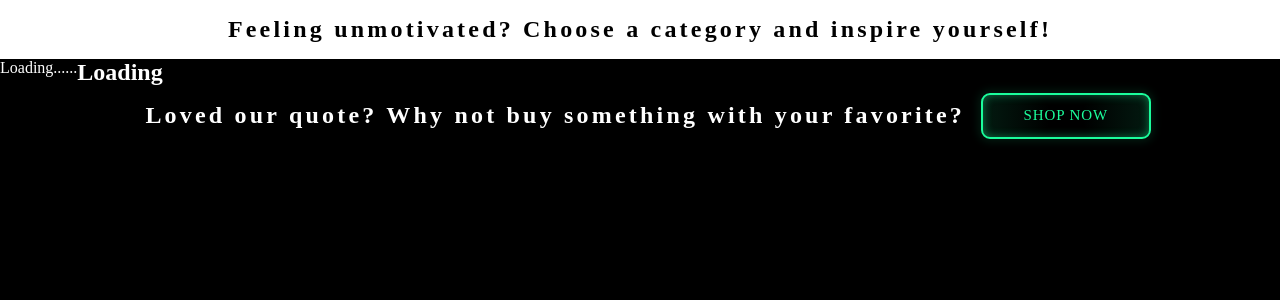
Repository: alanrceratti/motivational
Page: /
These files come from the project's save history. The page is drawn as it stood at one moment and after a run of saves; the edit follows.
The browser window is 1280 px wide. The pictures show the whole page.
The page's requests for data from a server got no answer. Some web fonts or font styles are not loaded; a fallback is used. The project was rebuilt for these pictures with package versions that can differ from the ones it lists, and the page was loaded fresh each time. No one was signed in, and anything a server would have sent is missing. Also part of the build but not shown: webpack.config.js, src/Options.module.scss, src/Options.js.

Above is the page before, as saved 2023-01-14 17:12:53.

### public/index.html

<!DOCTYPE html>
<html lang="en">
	<head>
		<meta charset="utf-8" />
		<link rel="icon" href="%PUBLIC_URL%/favicon.ico" />
		<link
			href="https://fonts.googleapis.com/css2?family=Patua+One&family=Unbounded:wght@400;700&display=swap"
			rel="stylesheet"
		/>

		<meta name="viewport" content="width=device-width, initial-scale=1" />
		<meta name="theme-color" content="#000000" />
		<meta
			name="description"
			content="Web site created using create-react-app"
		/>
		<link rel="apple-touch-icon" href="%PUBLIC_URL%/logo192.png" />
		<!--
      manifest.json provides metadata used when your web app is installed on a
      user's mobile device or desktop. See https://developers.google.com/web/fundamentals/web-app-manifest/
    -->
		<link rel="manifest" href="%PUBLIC_URL%/manifest.json" />
		<!--
      Notice the use of %PUBLIC_URL% in the tags above.
      It will be replaced with the URL of the `public` folder during the build.
      Only files inside the `public` folder can be referenced from the HTML.

      Unlike "/favicon.ico" or "favicon.ico", "%PUBLIC_URL%/favicon.ico" will
      work correctly both with client-side routing and a non-root public URL.
      Learn how to configure a non-root public URL by running `npm run build`.
    -->
		<title>React App</title>
	</head>
	<body>
		<noscript>You need to enable JavaScript to run this app.</noscript>
		<div id="root"></div>
		<!--
      This HTML file is a template.
      If you open it directly in the browser, you will see an empty page.

      You can add webfonts, meta tags, or analytics to this file.
      The build step will place the bundled scripts into the <body> tag.

      To begin the development, run `npm start` or `yarn start`.
      To create a production bundle, use `npm run build` or `yarn build`.
    --></body>
</html>

### src/index.js
import React from "react";
import ReactDOM from "react-dom/client";
import App from "./App";

const root = ReactDOM.createRoot(document.getElementById("root"));
root.render(
	<React.StrictMode>
		<App />
	</React.StrictMode>
);

// If you want to start measuring performance in your app, pass a function
// to log results (for example: reportWebVitals(console.log))
// or send to an analytics endpoint. Learn more: https://bit.ly/CRA-vitals

### src/App.js
import "./App.scss";
import { BrowserRouter, Routes, Route } from "react-router-dom";
import PhraseGet from "./Components/PhraseGet";
import Options from "./Options";
import Home from "./Components/Home";


function App() {
	return (
		<>
			<BrowserRouter>
				<Routes>
					<Route path="/" element={<Home />} />
					<Route path="/button" element={<Options />} />
				</Routes>
			</BrowserRouter>
		</>
	);
}

export default App;

### src/App.scss
html {
	--color1: #1bfd9c;
	--color2: #82ffc9;
	--color3: #ffffff;
	--green: #1bfd9c;
	height: 100vh;
	width: 100vw;
	margin: 0px;
	padding: 0px;
	background-repeat: no-repeat;
	overflow-x: hidden;
	background-image: linear-gradient(
		160deg,
		#000000 0%,
		#000000 50%,
		#000000 100%
	);
}
body {
	margin: 0px;
	padding: 0px;
}

h1,
h2,
h3,
h4,
p {
	margin: 0px;
	color: rgb(255, 255, 255);
}

ul,
li {
	list-style: none;
	padding: 0px;
	margin: 0px;
}

img {
	display: block;
	max-width: 100%;
}

button,
input {
	display: block;
	font-size: 1rem;
	color: #333;
}

a {
	text-decoration: none;
	color: #333;
}

### src/Components/PhraseGet.js
import React, { useEffect, useState } from "react";
import styles from "../Components/PhraseGet.module.scss";
import Options from "../Options";

function PhraseGet() {
	// state variable to store the selected category id
	const [categoryId, setCategoryId] = useState(1);
	// state variable to store the data retrieved from the API
	const [data, setData] = useState(null);
	// state variable to store the options for the select element
	const [options, setOptions] = useState([]);
	// state variable to indicate if the data is currently being loaded
	const [loading, setLoading] = useState(true);
	// state variable to indicate if the image is currently being loaded
	const [loadingImg, setLoadingImg] = useState(true);
	// state variable to store the current random number
	const [number, setNumber] = useState(7);
	// commented out state variable for future use, possibly for storing count of words
	// const [count, setCount] = useState(0);
	const [showSelect, setShowSelect] = useState(true);

	// Function to toggle visibility of select element
	const handleClick = () => {
		setShowSelect(!showSelect);
	};

	// Object containing arrays of numbers associated with each category
	const idLists = {
		1: [7, 8, 9, 21, 22],
		2: [10, 18, 19, 20],
		3: [11, 12],
		4: [15, 16, 17],
		5: [13, 14],
	};
	// async function fetchCount() {
	// 	const response = await fetch(
	// 		`http://127.0.0.1:200/api/categories/all/`
	// 	);
	// 	const json = await response.json();
	// 	console.log(idLists);

	// 	json.map((category) => {
	// 		const categoryId = category.id;
	// 		const phraseIds = category.phrases.map((phrase) => phrase.id);
	// 		idLists[categoryId] = phraseIds;
	// 	});
	// }
	// useEffect(() => {
	// 	fetchCount();
	// }, []);

	// function to handle changes in the category select element
	function handleChangeCategory(e) {
		// set the selected category id
		setCategoryId(e.target.value);
		const selectedCategoryId = e.target.value;
		// Retrieve previous selected numbers for current category from local storage
		const previousIdList =
			JSON.parse(
				localStorage.getItem(`previousid${selectedCategoryId}`)
			) || [];

		// filter out previously selected numbers from the array
		const filteredIdList = idLists[selectedCategoryId].filter(
			(number) => !previousIdList.includes(number)
		);

		// if there are still numbers available in filteredIdList array
		if (filteredIdList.length > 0) {
			const randomIndex = Math.floor(
				Math.random() * filteredIdList.length
			);
			// select random number from filteredIdList array
			const randomNumber = filteredIdList[randomIndex];
			// set the new random number
			setNumber(randomNumber);
			// add new randomNumber to the previousIdList array
			previousIdList.push(randomNumber);
			// store the updated previousIdList array in local storage
			localStorage.setItem(
				`previousid${selectedCategoryId}`,
				JSON.stringify(previousIdList)
			);
		} else {
			// if there are no more numbers available, remove the previousid1 array from local storage and log a message
			localStorage.removeItem(`previousid${selectedCategoryId}`);
			console.log("acabou o 1");
		}
	}

	async function fetchOptions() {
		// fetch data from api using fetch function
		const response = await fetch(
			`http://127.0.0.1:200/api/categories/all/`
		);
		// parse response to json
		const json = await response.json();
		// extract values of json object
		const arr = Object.values(json);
		// set options state
		setOptions(arr);
		// set loading state to false
		setLoading(false);
		// call fetchData function
		fetchData();
	}

	useEffect(() => {
		// call fetchOptions function when component mounts
		fetchOptions();
	}, [categoryId]);

	async function fetchData() {
		let retries = 0;
		// maximum number of retries if response status is 404
		const MAX_RETRIES = 3;
		let response;

		while (
			retries < MAX_RETRIES &&
			(response === undefined || response.status === 404)
		) {
			// try to fetch data from api
			try {
				response = await fetch(
					`http://127.0.0.1:200/api/categories/${categoryId}/phrases/?filter_by_id=${number}`
				);
				// if response status is 404, increment retries
				if (response.status === 404) {
					retries++;
				} else {
					// parse response to json
					const json = await response.json();
					// set data state
					setData(json);
					// set loadingImg state to false
					setLoadingImg(false);
				}
				// log response status and url
				console.log(
					`GET ${response.url} ${response.status} (${response.statusText})`
				);
			} catch (error) {
				// log error
				console.error("asdasdad");
			}
			// wait for 1 second before retrying
			await new Promise((resolve) => setTimeout(resolve, 1000));
		}
		// retrieve previous selected numbers for current category from local storage
		const previousIdList =
			JSON.parse(localStorage.getItem(`previousid${categoryId}`)) || [];
		// if all numbers have been selected, remove the previousid array from local storage
		if (previousIdList.length === idLists[categoryId].length) {
			localStorage.removeItem(`previousid${categoryId}`);
		}
	}

	return (
		<section className={styles.mainContainerr}>
			{loading ? (
				<p>Loading......</p>
			) : (
				<div className={styles.options}>
					<Options onClick={handleClick} />
					<select
						style={{ display: showSelect ? "block" : "none" }}
						onChange={handleChangeCategory}
					>
						{options.map((option) => (
							<option key={option.id} value={option.id}>
								{option.category_name}
							</option>
						))}
					</select>
				</div>
			)}
			{loadingImg ? (
				<h1>Loading</h1>
			) : (
				<div className={styles.um}>
					<div>
						{data && (
							<img src={data.image_url} alt="image_phrase" />
						)}
						{data ? <h1>{data.phrase}</h1> : "Loading..."}
					</div>
				</div>
			)}
		</section>
	);
}

export default PhraseGet;

### src/Components/Home.js
import React from "react";
import PhraseGet from "./PhraseGet";
import Title from "./Title";
import TitleDown from "./TitleDown";

const Home = () => {
	return (
		<div>
			<Title />
			<PhraseGet />
			<TitleDown />
		</div>
	);
};

export default Home;

### src/Components/PhraseGet.module.scss
.mainContainerr {
	display: grid;
	grid-template-columns: auto 2fr;
	height: 100%;

	.options {
		grid-column: 1/2;
		grid-row: 1/3;
		max-width: fit-content;
		option {
			font-size: 1.5rem;
			text-align: left;
			color: rgb(255, 255, 255);
		}

		select {
			margin: 0 auto;
			margin-top: 1.5rem;
			font-family: "Patua One";
			font-size: 1.5rem;
			position: relative;
			padding: 1em 1.8em;
			outline: none;
			text-align: center;
			border: 1px solid #303030;
			background: #040404;
			color: var(--color1);
			text-transform: uppercase;
			letter-spacing: 2px;

			overflow: hidden;
			-webkit-transition: 0.2s;
			transition: 0.2s;
			border-radius: 10px;
			cursor: pointer;
			font-weight: bold;
		}
	}

	.um {
		div {
			display: flex;
			height: 80vh;
			margin: 3rem;
			width: 80vw;
			position: static;
			justify-content: center;
			align-items: center;
		}
		img {
			aspect-ratio: 7/4;
			width: 60vw;
			object-fit: fill;
			border: 2px inset #000000;
			border-radius: 100px 250px 100px 250px;
			opacity: 0.9;
			position: absolute;
		}
		h1 {
			width: 50%;

			margin: auto;
			margin-top: 15rem;
			z-index: 100;
			backdrop-filter: blur(12px) saturate(176%);
			-webkit-backdrop-filter: blur(12px) saturate(176%);
			background-color: rgba(0, 0, 0, 0.3);
			letter-spacing: 0.25rem;
			font-size: 4rem;
			font-family: "Patua One";
			text-align: center;
			text-shadow: rgb(0, 0, 0) 0.3rem 0px 0px,
				rgb(0, 0, 0) 0.54px 0.84px 0px, rgb(0, 0, 0) -0.41px 0.9px 0px,
				rgb(0, 0, 0) -0.98px 0.14px 0px,
				rgb(0, 0, 0) -0.65px -0.75px 0px,
				rgb(0, 0, 0) 0.28px -0.95px 0px, rgb(0, 0, 0) 0.96px -0.27px 0px;
		}
	}
}
/* <link href="https://fonts.googleapis.com/css2?family=Cabin+Sketch:wght@400;700&family=Patua+One&family=Rubik+80s+Fade&family=Yeseva+One&display=swap" rel="stylesheet"> */

/*  */

### src/Components/Title.js
import React from "react";
import styles from "./Title.module.scss";

const Title = () => {
	return (
		<div className={styles.container}>
			<h1>
				Feeling unmotivated? Choose a category and inspire yourself!
			</h1>
		</div>
	);
};

export default Title;

### src/Components/TitleDown.js
import React from "react";
import styles from "./TitleDown.module.scss";

const TitleDown = () => {
	return (
		<section>
			<div className={styles.container}>
				<h1>
					Loved our quote? Why not buy something with your favorite?
				</h1>
				<button className={styles.button2}> SHOP NOW</button>
			</div>
		</section>
	);
};

export default TitleDown;

### src/Components/Title.module.scss
.container {
	width: 100vw;
	height: fit-content;
	display: flex;
	justify-content: center;
	align-items: center;
	background-color: rgb(255, 255, 255);
	margin: auto;

	h1 {
		font-family: "Unbounded";
		font-size: 1.5rem;
		letter-spacing: 0.2rem;
		text-align: center;
		margin: 1rem;
		color: rgb(0, 0, 0);
	}
}

### src/Components/TitleDown.module.scss
.container {
	width: 100vw;
	height: fit-content;
	display: flex;
	justify-content: center;
	align-items: center;
	background-color: rgb(0, 0, 0);
	margin: auto;

	h1 {
		font-family: "Unbounded";
		font-size: 1.5rem;
		letter-spacing: 0.2rem;
		text-align: center;
		margin: 1rem;
		color: rgb(255, 255, 255);
	}
}
.button2 {
	color: var(--green);
	font-size: 15px;
	padding: 0.7em 2.7em;
	letter-spacing: 0.06em;
	position: relative;
	font-family: inherit;
	border-radius: 0.6em;
	overflow: hidden;
	transition: all 0.3s;
	line-height: 1.4em;
	border: 2px solid var(--green);
	background: linear-gradient(
		to right,
		rgba(27, 253, 156, 0.1) 1%,
		transparent 40%,
		transparent 60%,
		rgba(27, 253, 156, 0.1) 100%
	);
	color: var(--green);
	box-shadow: inset 0 0 10px rgba(27, 253, 156, 0.4),
		0 0 9px 3px rgba(27, 253, 156, 0.1);
}

.button2:hover {
	color: #82ffc9;
	box-shadow: inset 0 0 10px rgba(27, 253, 156, 0.6),
		0 0 9px 3px rgba(27, 253, 156, 0.2);
	cursor: pointer;
}

.button2:before {
	content: "";
	position: absolute;
	left: -4em;
	width: 4em;
	height: 100%;
	top: 0;
	transition: transform 0.4s ease-in-out;
	background: linear-gradient(
		to right,
		transparent 1%,
		rgba(27, 253, 156, 0.1) 40%,
		rgba(27, 253, 156, 0.1) 60%,
		transparent 100%
	);
}

.button2:hover:before {
	transform: translateX(15em);
}

After the next 2 saves:
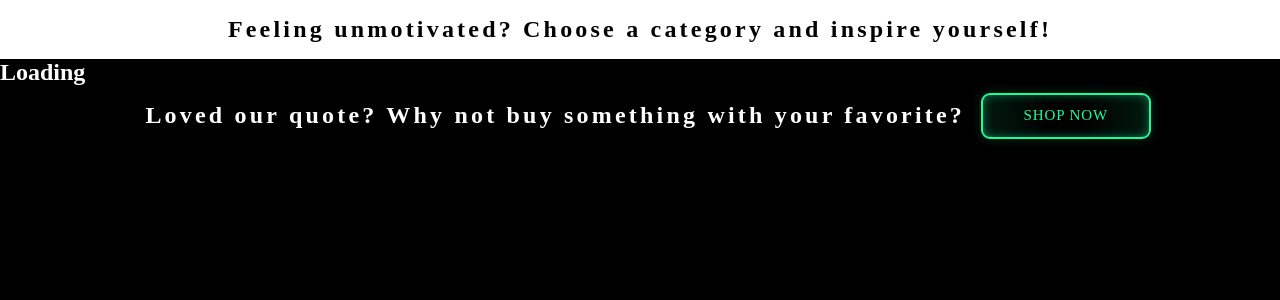
The 2 saves are shown as one change because they came seconds apart.
The last was saved 21 s later.
--- a/src/Components/PhraseGet.js
+++ b/src/Components/PhraseGet.js
@@ -158,23 +158,7 @@
 
 	return (
 		<section className={styles.mainContainerr}>
-			{loading ? (
-				<p>Loading......</p>
-			) : (
-				<div className={styles.options}>
-					<Options onClick={handleClick} />
-					<select
-						style={{ display: showSelect ? "block" : "none" }}
-						onChange={handleChangeCategory}
-					>
-						{options.map((option) => (
-							<option key={option.id} value={option.id}>
-								{option.category_name}
-							</option>
-						))}
-					</select>
-				</div>
-			)}
+
 			{loadingImg ? (
 				<h1>Loading</h1>
 			) : (
